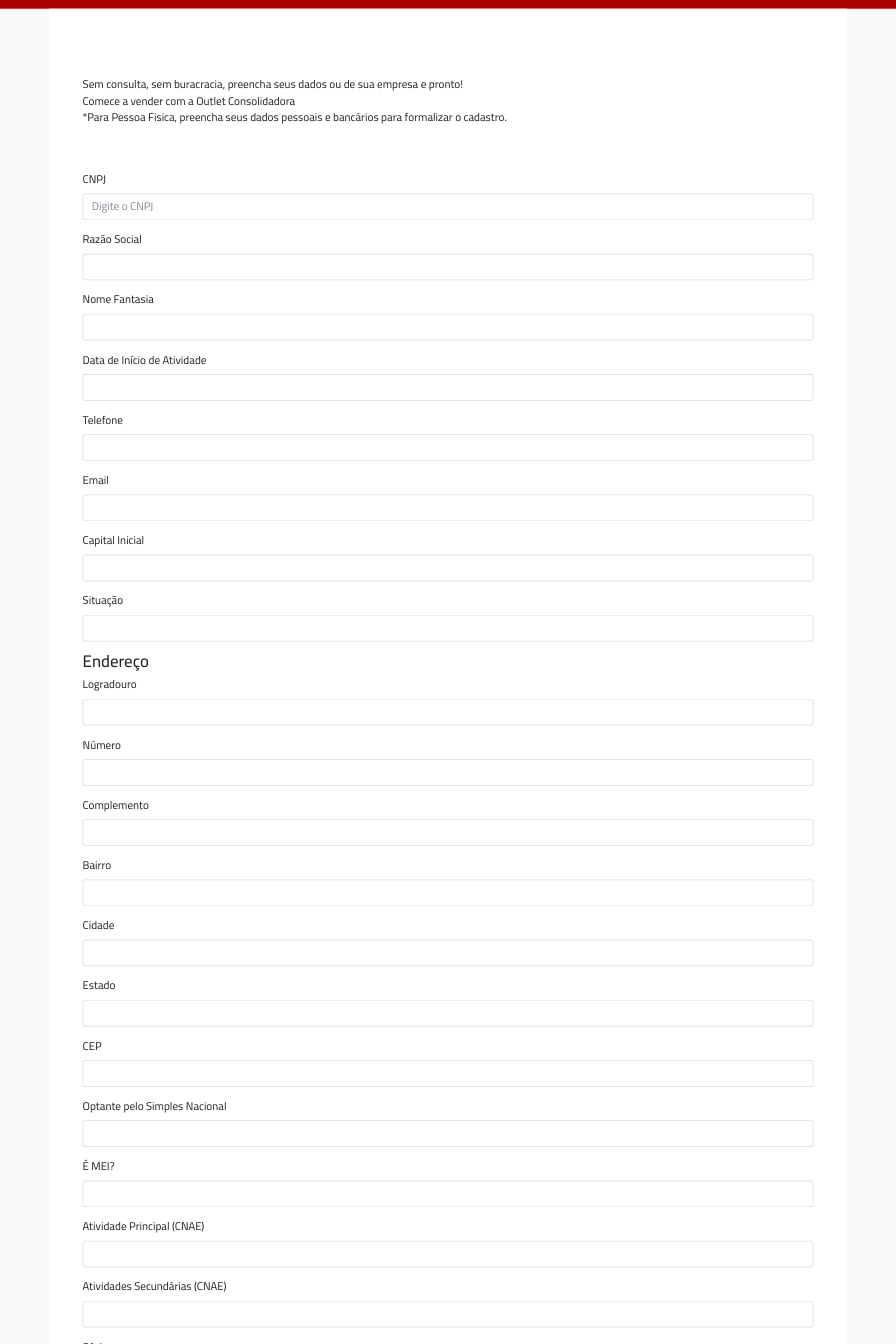
Repository: SkyTeam-Dev/Outlet_Site
Page: Site/Template_Page.html
These files come from the project's save history. The page is drawn as it stood at one moment and after the next save; the edit follows.
The browser window is 1280 px wide. The pictures show the part of the page from y = 418 to 2338 px (the page is 3035 px tall before and 3059 px after), at 70% of full size.
Some web libraries are served in a nearby version.

Above is the page before, as saved 2025-03-25 18:34:47.

After the next save:
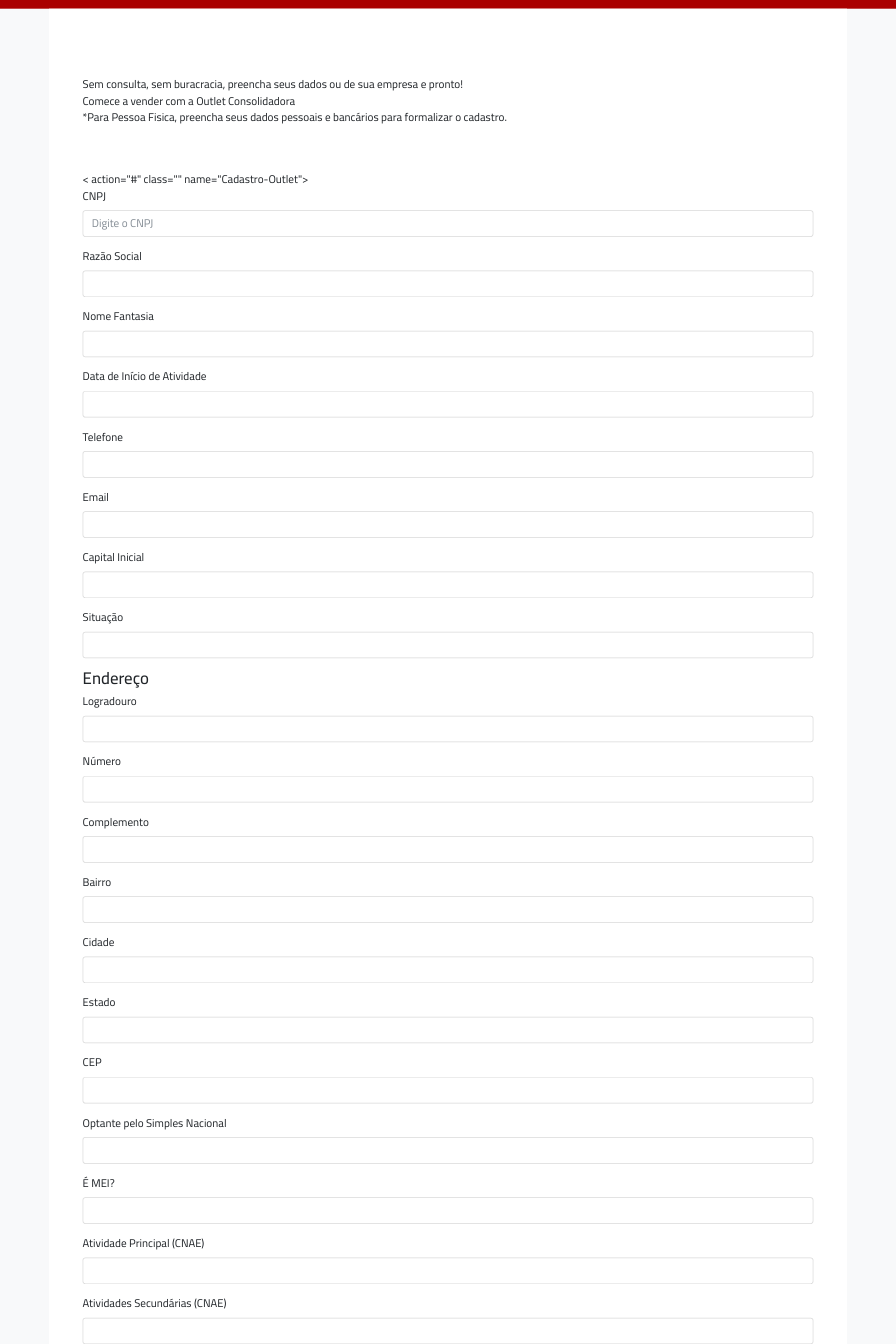
Saved 35 s later.
--- a/Site/Template_Page.html
+++ b/Site/Template_Page.html
@@ -253,7 +253,7 @@
 
                         <div class="col-xl-12 col-lg-12 col-md-12 col-sm-12 mt-5">
 
-                            <for action="#" class="" name="Cadastro-Outlet">
+                            < action="#" class="" name="Cadastro-Outlet">
                                 <div class="form-group">
                                     <label for="CNPJ_Busca">CNPJ</label>
                                     <input type="text" class="form-control" id="CNPJ_Busca" placeholder="Digite o CNPJ">
@@ -375,7 +375,9 @@
 
                                 </form>
 
-                    </>
+                        </div>
+
+                    </div>
 
                 </div>
 
@@ -383,38 +385,36 @@
 
         </div>
 
-    </div>
-
-    <!-- Rodapé -->
-    <footer class="bg-gray-site text-light py-3">
-        <div class="container-fluid">
-            <div class="row">
-                <!-- Coluna com o copyright -->
-                <div class="col-md-6 col-sm-12 mt-5 text-center">
-                    <p>Copyright 2025 – Todos os direitos reservados a Skyteam Consolidadora</p>
-                    <p>Outlet by Skyteam 00.000.000/0000-00</p>
-                </div>
-
-                <!-- Coluna com ícones de redes sociais -->
-                <div class="col-md-6 col-sm-12 text-center mt-5">
-
-                    <a href="#" class="mr-2 btn btn-lg btn-light rounded-circle shadow-sm">
-                        <i class="fa-solid fa-envelope mt-1"></i>
-                    </a>
-
-                    <a href="#" class="mr-2 btn btn-lg btn-light rounded-circle shadow-sm">
-                        <i class="fa-brands fa-instagram mt-1"></i>
-                    </a>
-
-                    <a href="#" class="mr-2 btn btn-lg btn-light rounded-circle shadow-sm">
-                        <i class="fa-brands fa-linkedin-in mt-1"></i>
-                    </a>
-
-
+        <!-- Rodapé -->
+        <footer class="bg-gray-site text-light py-3">
+            <div class="container-fluid">
+                <div class="row">
+                    <!-- Coluna com o copyright -->
+                    <div class="col-md-6 col-sm-12 mt-5 text-center">
+                        <p>Copyright 2025 – Todos os direitos reservados a Skyteam Consolidadora</p>
+                        <p>Outlet by Skyteam 00.000.000/0000-00</p>
+                    </div>
+
+                    <!-- Coluna com ícones de redes sociais -->
+                    <div class="col-md-6 col-sm-12 text-center mt-5">
+
+                        <a href="#" class="mr-2 btn btn-lg btn-light rounded-circle shadow-sm">
+                            <i class="fa-solid fa-envelope mt-1"></i>
+                        </a>
+
+                        <a href="#" class="mr-2 btn btn-lg btn-light rounded-circle shadow-sm">
+                            <i class="fa-brands fa-instagram mt-1"></i>
+                        </a>
+
+                        <a href="#" class="mr-2 btn btn-lg btn-light rounded-circle shadow-sm">
+                            <i class="fa-brands fa-linkedin-in mt-1"></i>
+                        </a>
+
+
+                    </div>
                 </div>
             </div>
-        </div>
-    </footer>
+        </footer>
 
     </div>
     </>
